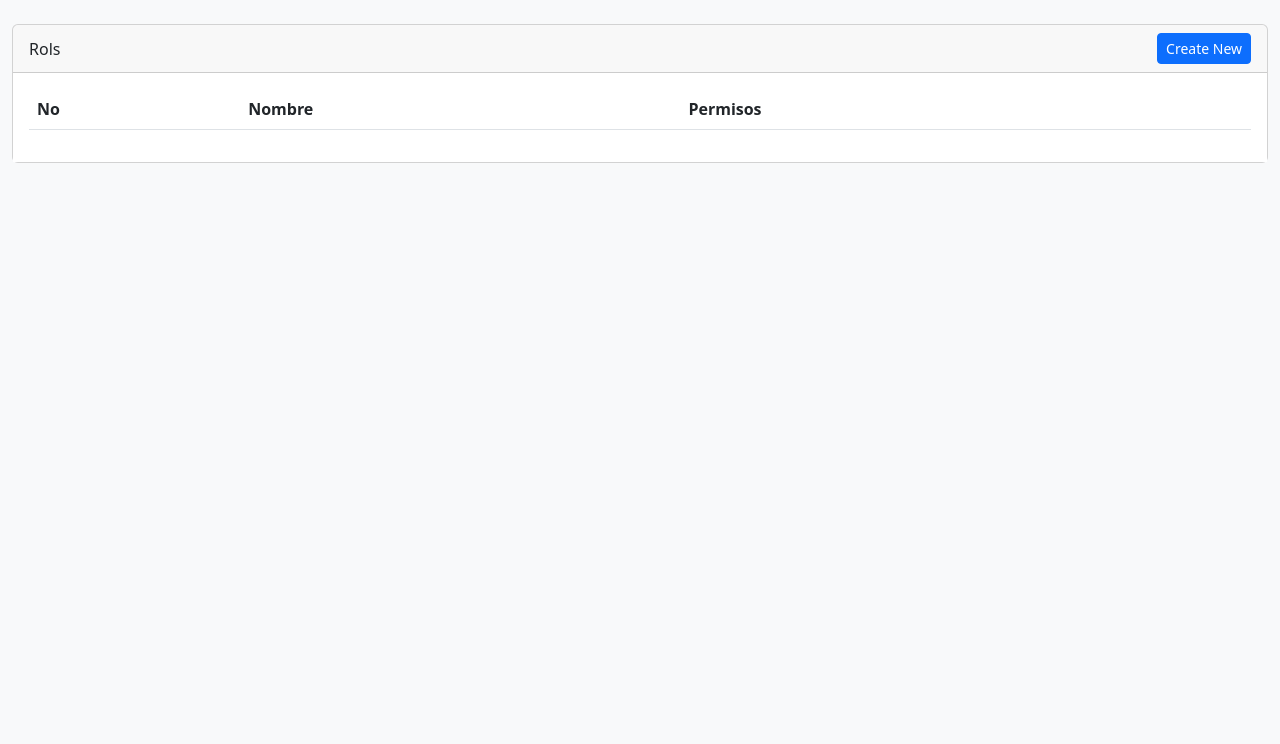
Repository: iAngie28/autoescuela-unido
Page: http://localhost/rols
The author's editor kept a copy of each file at every save. The page is drawn from the files as they stood at one save, then again after the next save.
The browser window is 1280 px wide. The pictures show the whole page.
The page is served by the project's Laravel application, run on PHP 8.4 with Laravel 12. Other server files are loaded and not shown. Queries for data that is not in the repository find no rows.

Above is the page before, as saved 2025-05-07 02:34:42.

### app/Listeners/LogSuccessfulLogout.php
<?php

namespace App\Listeners;

use App\Models\Bitacora;
use Illuminate\Auth\Events\Logout;
use Illuminate\Contracts\Queue\ShouldQueue;
use Illuminate\Queue\InteractsWithQueue;

class LogSuccessfulLogout
{
    public function handle(Logout $event)
    {

        $lastEntry = Bitacora::where('id_user', $event->user->id)
        ->whereNull('fecha_salida')
        ->latest()
        ->first();

        if ($lastEntry) {
        $lastEntry->update([
            'fecha_salida' => now(),
            'accion' => $lastEntry->actions . "\nCierre de sesión"
        ]);
    }
    }
}

### app/Listeners/LogSuccessfulLogin.php
<?php

namespace App\Listeners;

use App\Models\Bitacora;
use Illuminate\Auth\Events\Login;
use Illuminate\Support\Facades\Log;
use Illuminate\Contracts\Queue\ShouldQueue;
use Illuminate\Queue\InteractsWithQueue;

class LogSuccessfulLogin
{
    public function handle(Login $event)
    {
        Log::info('Listener de Login ejecutado');
        Bitacora::create([
            'id_user' => $event->user->id,
            'direccion_ip' => request()->ip(),
            'fecha_entrada' => now(),
            'accion' => 'inicio de sesion'
        ]);
    }
}

### routes/web.php
<?php

use Illuminate\Support\Facades\Route;
use App\Http\Controllers\AdministradorController;
use App\Http\Controllers\EstudianteController;
use App\Http\Controllers\ExamenCategoriaAspiraController;
use App\Http\Controllers\GrupoExamanController;
use App\Http\Controllers\InstructorController;
use App\Http\Controllers\NotificacioneController;
use App\Http\Controllers\PagoController;
use App\Http\Controllers\PaqueteController;
use App\Http\Controllers\RolController;
use App\Http\Controllers\TipoVehiculoController;
use App\Http\Controllers\UsuarioController;
use App\Http\Controllers\VehiculoController;

Route::view('/', 'welcome');

Route::view('dashboard', 'dashboard')
    ->middleware(['auth', 'verified'])
    ->name('dashboard');

Route::view('profile', 'profile')
    ->middleware(['auth'])
    ->name('profile');

require __DIR__.'/auth.php';
//angie
Route::resource('rols', \App\Http\Controllers\RolController::class); // Sin middleware
Route::resource('notificaciones', NotificacioneController::class);
Route::resource('usuarios', UsuarioController::class);
Route::resource('administradors', AdministradorController::class);
Route::resource('estudiantes', EstudianteController::class);
Route::resource('instructors', InstructorController::class);
Route::resource('pagos', PagoController::class);
Route::resource('tipo-vehiculos', TipoVehiculoController::class);
Route::resource('vehiculos', VehiculoController::class);
Route::resource('examen-categoria-aspiras', ExamenCategoriaAspiraController::class);
Route::resource('paquetes', PaqueteController::class);
Route::resource('grupo-examen', GrupoExamanController::class);

### app/Http/Controllers/RolController.php
<?php

namespace App\Http\Controllers;

use App\Models\Rol;
use Illuminate\Http\RedirectResponse;
use Illuminate\Http\Request;
use App\Http\Requests\RolRequest;
use Illuminate\Support\Facades\Redirect;
use Illuminate\View\View;

class RolController extends Controller
{
    /**
     * Display a listing of the resource.
     */
    public function index(Request $request): View
    {
        $rols = Rol::paginate();

        return view('rol.index', compact('rols'))
            ->with('i', ($request->input('page', 1) - 1) * $rols->perPage());
    }

    /**
     * Show the form for creating a new resource.
     */
    public function create(): View
    {
        $rol = new Rol();

        return view('rol.create', compact('rol'));
    }

    /**
     * Store a newly created resource in storage.
     */
    public function store(RolRequest $request): RedirectResponse
    {
        Rol::create($request->validated());

        return Redirect::route('rols.index')
            ->with('success', 'Rol created successfully.');
    }

    /**
     * Display the specified resource.
     */
    public function show($id): View
    {
        $rol = Rol::find($id);

        return view('rol.show', compact('rol'));
    }

    /**
     * Show the form for editing the specified resource.
     */
    public function edit($id): View
    {
        $rol = Rol::find($id);

        return view('rol.edit', compact('rol'));
    }

    /**
     * Update the specified resource in storage.
     */
    public function update(RolRequest $request, Rol $rol): RedirectResponse
    {
        $rol->update($request->validated());

        return Redirect::route('rols.index')
            ->with('success', 'Rol updated successfully');
    }

    public function destroy($id): RedirectResponse
    {
        Rol::find($id)->delete();

        return Redirect::route('rols.index')
            ->with('success', 'Rol deleted successfully');
    }
}

### app/Models/Rol.php
<?php

namespace App\Models;

use Illuminate\Database\Eloquent\Model;

/**
 * Class Rol
 *
 * @property $id
 * @property $nombre
 * @property $permisos
 * @property $created_at
 * @property $updated_at
 *
 * @property User[] $users
 * @property User[] $users
 * @package App
 * @mixin \Illuminate\Database\Eloquent\Builder
 */
class Rol extends Model
{

    protected $perPage = 20;

    /**
     * The attributes that are mass assignable.
     *
     * @var array<int, string>
     */
    protected $fillable = ['nombre', 'permisos'];


    /**
     * @return \Illuminate\Database\Eloquent\Relations\HasMany
     */
    public function users()
    {
        return $this->hasMany(\App\Models\User::class, 'id', 'id_rol');
    }

}

### resources/views/rol/index.blade.php
@extends('layouts.guest-bootstrap')
    @section('content')
    <div class="container-fluid mt-4">
        <div class="row">
            <div class="col-sm-12">
                <div class="card ">
                    <div class="card-header ">
                        <div style="display: flex; justify-content: space-between; align-items: center;">

                            <span id="card_title">
                                {{ __('Rols') }}
                            </span>

                             <div class="float-right">
                                <a href="{{ route('rols.create') }}" class="btn btn-primary btn-sm float-right"  data-placement="left">
                                  {{ __('Create New') }}
                                </a>
                              </div>
                        </div>
                    </div>
                    @if ($message = Session::get('success'))
                        <div class="alert alert-success m-4">
                            <p>{{ $message }}</p>
                        </div>
                    @endif

                    <div class="card-body bg-white">
                        <div class="table-responsive">
                            <table class="table table-striped table-hover">
                                <thead class="thead">
                                    <tr>
                                        <th>No</th>

									<th >Nombre</th>
									<th >Permisos</th>

                                        <th></th>
                                    </tr>
                                </thead>
                                <tbody>
                                    @foreach ($rols as $rol)
                                        <tr>
                                            <td>{{ ++$i }}</td>

										<td >{{ $rol->nombre }}</td>
										<td >{{ $rol->permisos }}</td>

                                            <td>
                                                <form action="{{ route('rols.destroy', $rol->id) }}" method="POST">
                                                    <a class="btn btn-sm btn-primary " href="{{ route('rols.show', $rol->id) }}"><i class="fa fa-fw fa-eye"></i> {{ __('Show') }}</a>
                                                    <a class="btn btn-sm btn-success" href="{{ route('rols.edit', $rol->id) }}"><i class="fa fa-fw fa-edit"></i> {{ __('Edit') }}</a>
                                                    @csrf
                                                    @method('DELETE')
                                                    <button type="submit" class="btn btn-danger btn-sm" onclick="event.preventDefault(); confirm('Are you sure to delete?') ? this.closest('form').submit() : false;"><i class="fa fa-fw fa-trash"></i> {{ __('Delete') }}</button>
                                                </form>
                                            </td>
                                        </tr>
                                    @endforeach
                                </tbody>
                            </table>
                        </div>
                    </div>
                </div>
                {!! $rols->withQueryString()->links() !!}
            </div>
        </div>
    </div>
    @endsection

### resources/views/layouts/guest-bootstrap.blade.php
<!DOCTYPE html>
<html lang="{{ str_replace('_', '-', app()->getLocale()) }}">
<head>
  <meta charset="utf-8">
  <meta name="viewport" content="width=device-width, initial-scale=1">
  <meta name="csrf-token" content="{{ csrf_token() }}">

  <title>{{ config('app.name', 'Laravel') }}</title>

  {{-- Bootstrap CSS --}}
  <link href="https://cdn.jsdelivr.net/npm/bootstrap@5.3.0/dist/css/bootstrap.min.css" rel="stylesheet">
  {{-- Opcional: Font‑Awesome --}}
  <link href="https://cdnjs.cloudflare.com/ajax/libs/font-awesome/6.4.0/css/all.min.css" rel="stylesheet">
</head>
<body class="bg-light">

  {{-- Aquí se inyecta todo el contenido de la vista hija --}}
  <div class="min-vh-100">
    @yield('content')
  </div>

  {{-- Bootstrap JS --}}
  <script src="https://cdn.jsdelivr.net/npm/bootstrap@5.3.0/dist/js/bootstrap.bundle.min.js"></script>
</body>
</html>

Loaded but not shown: routes/auth.php (common file); app/Http/Controllers/Auth/VerifyEmailController.php (common file); app/Http/Controllers/Controller.php (common file)

After the next save:
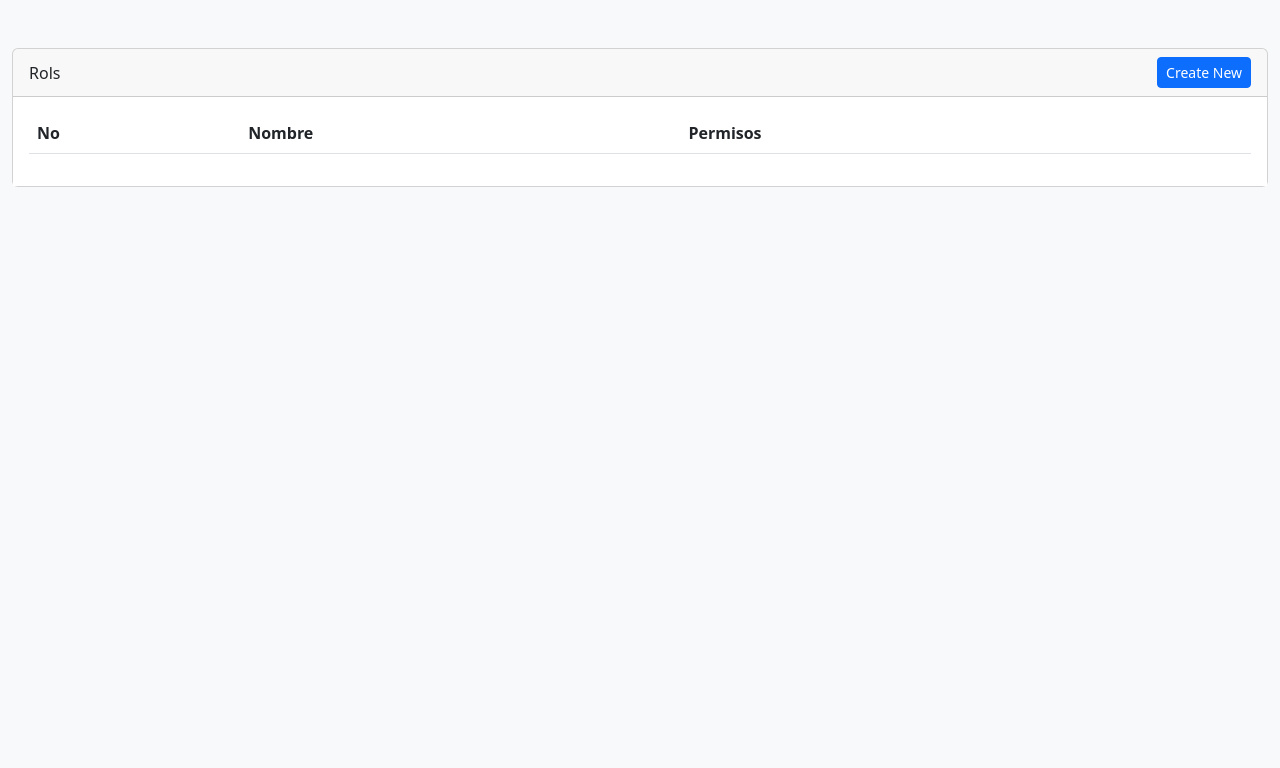
Saved 25 s later.
--- a/resources/views/rol/index.blade.php
+++ b/resources/views/rol/index.blade.php
@@ -1,6 +1,6 @@
 @extends('layouts.guest-bootstrap')
     @section('content')
-    <div class="container-fluid mt-4">
+    <div class="container-fluid mt-5">
         <div class="row">
             <div class="col-sm-12">
                 <div class="card ">
